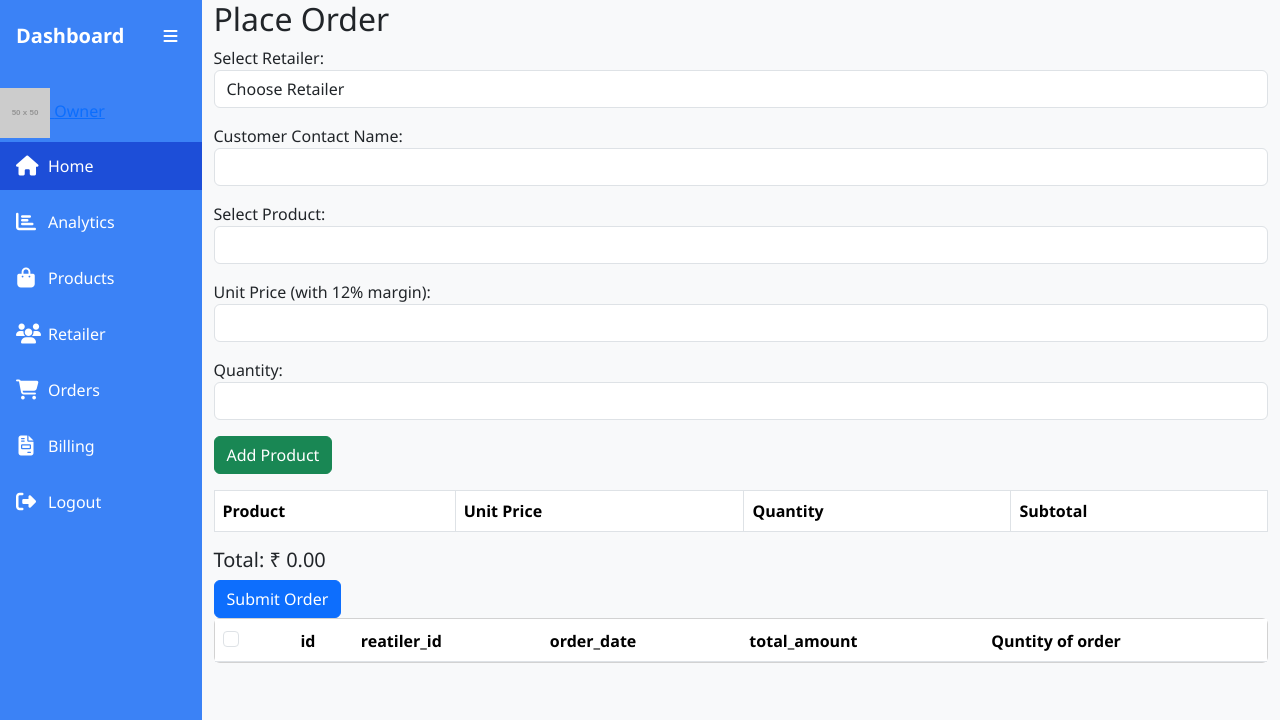
Repository: AditiAjitSalvi/Inventory_Managment
Page: http://localhost/Paper_inventory/Order.jsp
These files come from the project's save history. The page is drawn as it stood at one moment and after the next save; the edit follows.
The browser window is 1280 px wide. The pictures show the whole page.
The page is served by Tomcat 10. Queries for data that is not in the repository find no rows.

Above is the page before, as saved 2025-06-03 05:10:47.
Console error: TypeError: Cannot read properties of null (reading 'getContext')

After the next save:
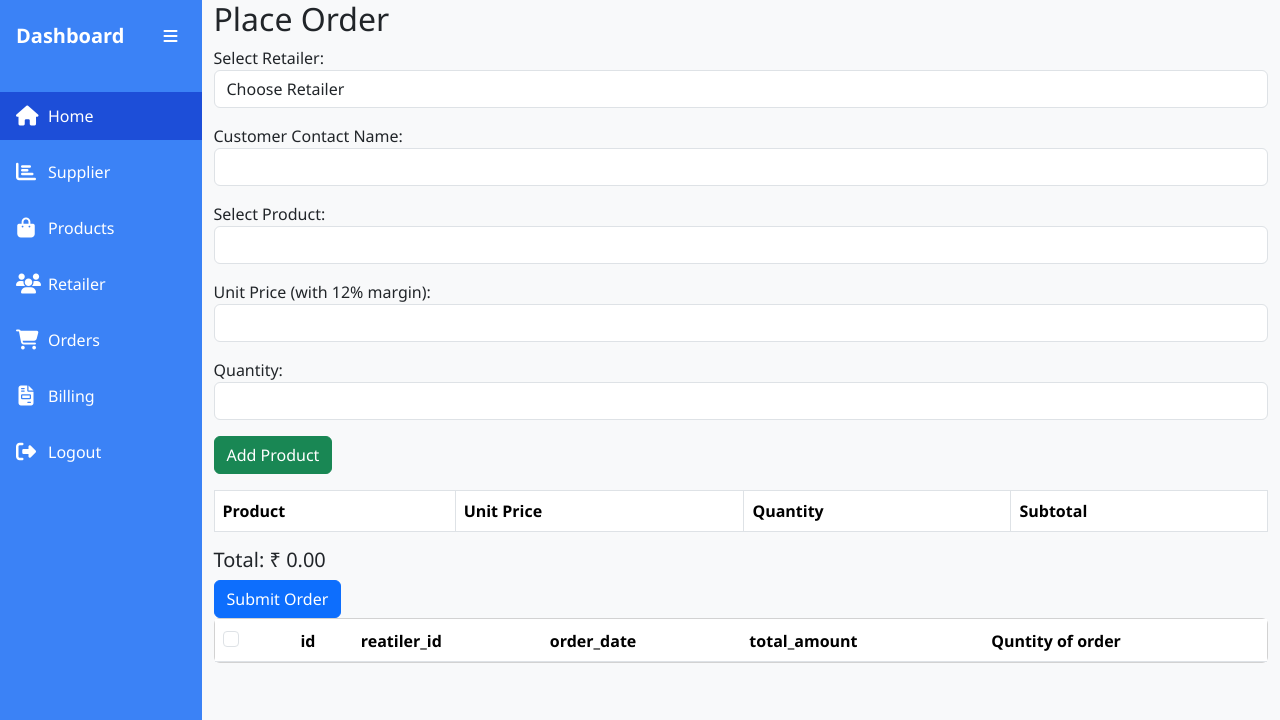
Saved 81 s later.
--- a/Paper_inventory/Paper_inventory/src/main/webapp/Order.jsp
+++ b/Paper_inventory/Paper_inventory/src/main/webapp/Order.jsp
@@ -272,30 +272,23 @@ body {
 				</button>
 			</div>
 			<div class="sidebar-menu">
-				<div class="profile">
-					<a href="#" class="profile-link"> <img
-						src="https://via.placeholder.com/50" alt="Owner"
-						class="profile-image"> <span class="owner-name">Owner</span>
-					</a>
-				</div>
-				<a href="Home.html" class="sidebar-link active"> <i
-					class="fa fa-home"></i> <span class="link-text">Home</span>
-				</a> <a href="#" class="sidebar-link"> <i class="fa fa-chart-bar"></i>
-					<span class="link-text">Analytics</span>
-				</a> <a href="Product.jsp" class="sidebar-link"> <i
-					class="fa fa-shopping-bag"></i> <span class="link-text">Products</span>
-				</a> <a href="Retailer.jsp" class="sidebar-link"> <i
-					class="fa fa-users"></i> <span class="link-text">Retailer</span> <a
-					href="Order.jsp" class="sidebar-link"> <i
-						class="fa fa-shopping-cart"></i> <span class="link-text">Orders</span>
+				<a href="Home.jsp" class="sidebar-link active"> <i class="fa fa-home"></i>
+					<span class="link-text">Home</span>
+				</a> <a href="" class="sidebar-link"> <i class="fa fa-chart-bar"></i>
+					<span class="link-text">Supplier</span>
+				</a> <a href="Product.jsp" class="sidebar-link"> <i class="fa fa-shopping-bag"></i>
+					<span class="link-text">Products</span>
+				</a> <a href="Retailer.jsp" class="sidebar-link"> <i class="fa fa-users"></i> <span
+					class="link-text">Retailer</span>
+					<a href="Order.jsp" class="sidebar-link">
+						<i class="fa fa-shopping-cart"></i> <span class="link-text">Orders</span>
 				</a>
 
-				</a> <a href="#" class="sidebar-link"> <i class="fa fa-file-invoice"></i>
+				</a> <a href="Billing.jsp" class="sidebar-link"> <i class="fa fa-file-invoice"></i>
 					<span class="link-text">Billing</span>
 				</a> <a href="logout.jsp" class="sidebar-link"> <i
 					class="fa fa-sign-out-alt"></i> <span class="link-text">Logout</span>
 				</a>
-
 			</div>
 		</div>
 
